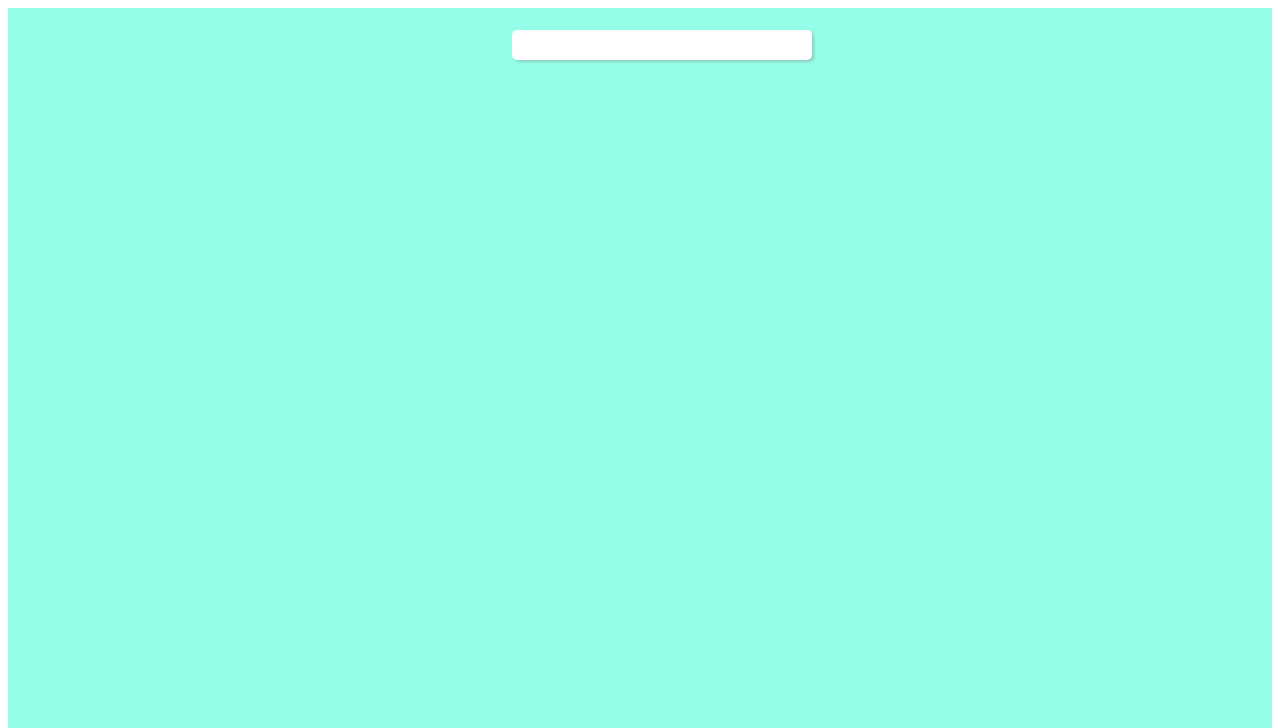
Repository: lxl0302/ClassBegin_-sound_code
Page: /#/tree
These files come from the project's save history. The page is drawn as it stood at one moment and after the next save; the edit follows.
The browser window is 1280 px wide. The pictures show the whole page.
The project was rebuilt for these pictures with package versions that can differ from the ones it lists, and the page was loaded fresh each time.

Above is the page before, as saved 2020-07-08 16:29:21.

### src/main.js
import Vue from 'vue'
import App from './App.vue'
import create from './utils/create'
import router from './router/index'

Vue.config.productionTip = false

Vue.prototype.$create =create

new Vue({
  router,
  render: h => h(App),
}).$mount('#app')

### src/App.vue
<template>
  <div id="app">
    <HelloWorld />
  </div>
</template>

<script>
import HelloWorld from './views/index'

export default {
  name: 'App',
  components: {
    HelloWorld
  }
}
</script>

<style>
  html,body{
    height: 100%;
  }
  #app {
    height: 100%;
  }
</style>

### src/utils/create.js
import Vue from 'vue';

export default function create(Component, props) {
  // 先创建实例
  const vm = new Vue({
    render(h) {
      // h就是createElement, 它返回VNode
      return h(Component, {props})
    }
  }).$mount();
  // 手动挂在dom 创建实例后 会有与实例对应的实体dom
  document.body.appendChild(vm.$el)
  // 销毁方法
  const comp = vm.$children[0];
  comp.remove = function() {
    document.body.removeChild(vm.$el); // 移除实体dom
    vm.$destroy() // 销毁实例
  }
  return comp
}

### src/router/index.js
import Vue from 'vue'
import VueRouter from 'vue-router'

// 1.安装插件
Vue.use(VueRouter)

// 2.创建vue-router实例
const router = new VueRouter({
  // 配置映射
  routes: []
})

// 3.导出
export default router

### src/views/index.vue
<template>
  <div class="zong">
    <div class="toolbar">
      <span></span>
      <span></span>
      <span></span>
      <span></span>
    </div>
  </div>
</template>

<script>
  export default {
    name: '',
    components: {},
    data() {
      return {}
    },
    computed: {},
    mounted() {},
    methods: {}
  }
</script>
<style scoped>
  .zong {
    width: 100%;
    height: 100%;
    background-color: rgba(0, 255, 200, 0.418);
  }

  .toolbar {
    position: absolute;
    top: 30px;
    left: 40%;
    width: 300px;
    height: 30px;
    border-radius: 5px;
    background-color: white;
    box-shadow: 2px 2px 3px rgba(128, 128, 128, 0.377);
    /* 设置元素两端对齐 */
  text-align: justify;
  }
</style>

Loaded but not shown: public/index.html (common file)

After the next save:
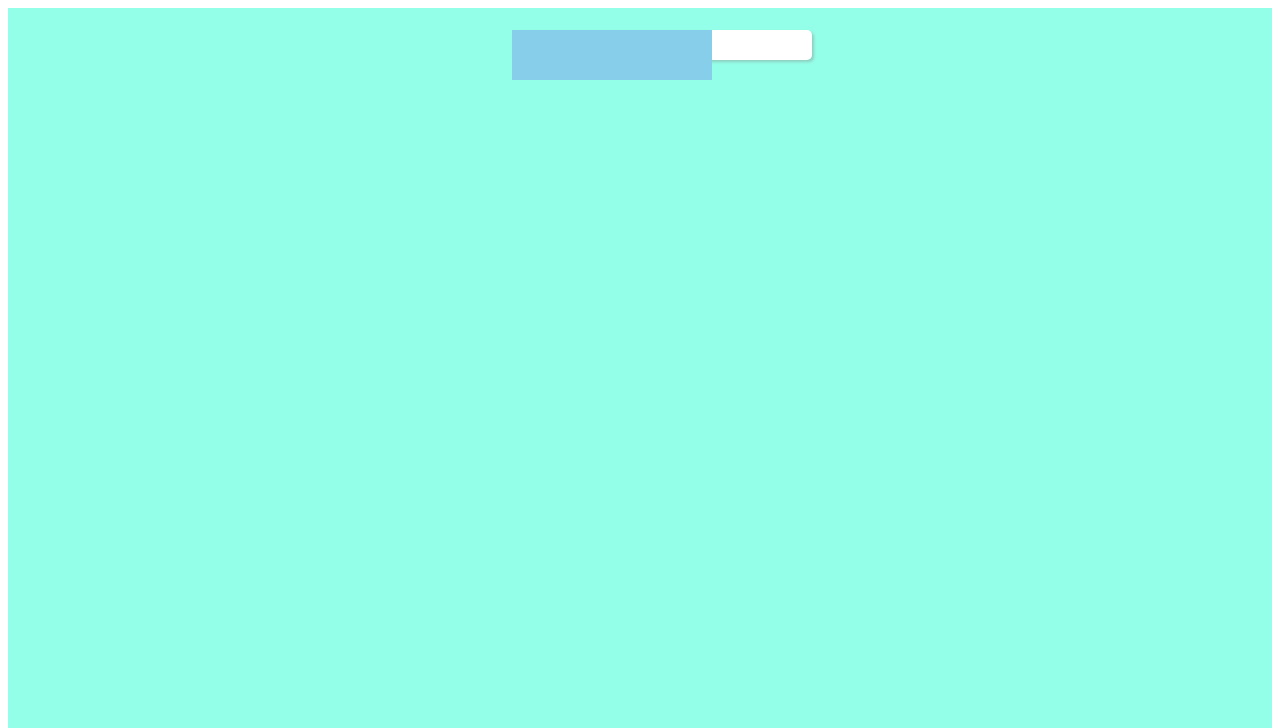
Saved 47 s later.
--- a/src/views/index.vue
+++ b/src/views/index.vue
@@ -38,6 +38,25 @@
     background-color: white;
     box-shadow: 2px 2px 3px rgba(128, 128, 128, 0.377);
     /* 设置元素两端对齐 */
-  text-align: justify;
+    text-align: justify;
+  }
+
+  .toolbar::after {
+    content: "";
+    display: inline-block;
+    overflow: hidden;
+    width: 100%;
+  }
+
+  .toolbar span {
+    width: 50px;
+    height: 50px;
+    /* 设置盒子为行内块 */
+    display: inline-block;
+    background-color: skyblue;
+    /* 设置盒子内元素水平居中 */
+    text-align: center;
+    /* 设置盒子内容垂直居中 */
+    line-height: 50px;
   }
 </style>
